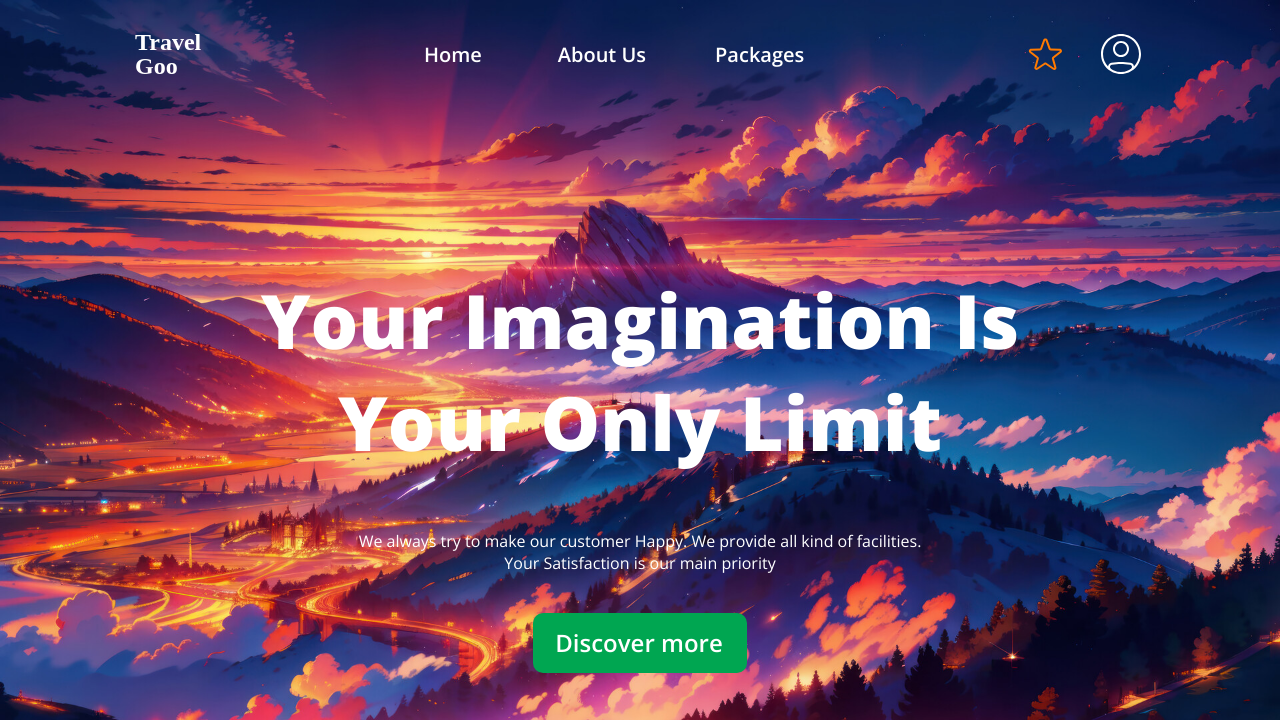
Repository: HeybetzadeQedim/task-3
Page: index.html
An editor plug-in stored every save of this project. The page is shown before and after the next save, followed by the edit.
The browser window is 1280 px wide. The pictures show the whole page.
Some web fonts or font styles are not loaded; a fallback is used.

Above is the page before, as saved 2023-10-07 13:50:36.

### index.html
<!DOCTYPE html>
<html lang="en">
<head>
    <meta charset="UTF-8">
    <meta name="viewport" content="width=device-width, initial-scale=1.0">
    <title>Document</title>
    <link rel="stylesheet" href="./index.css"
</head>
<body>
    <div class="box-container">
        <nav>
            <p class="text-1">Travel<br> Goo</p>
            <ul>
                <li>Home</li>
                <li>About Us</li>
                <li>Packages</li>
            </ul>
            <div class="image-container">
                <img src="./images/clarity_favorite-line.svg">
                <img src="./images/healthicons_ui-user-profile-outline.svg">
            </div>
        </nav>
    <main>
        <h1>Your Imagination Is Your Only Limit</h1>
        <p class="text-2">We always try to make our customer Happy. We provide all kind of facilities. Your Satisfaction is our main priority</p>
        <p class="text-3">Discover more</p>
    </main>

    </div>


</body>
</html>

### index.css
@import url("https://fonts.googleapis.com/css2?family=Laila:wght@700&family=Open+Sans:wght@400;600;700;800&display=swap");
* {
  margin: 0;
  padding: 0;
  box-sizing: border-box;
}
.box-container {
  background-image: url(./images/sunset-mountain-landscape-scenery-ai-art-hd-wallpaper-uhdpaper.com-744@1@l.jpg);
  min-height: 100vh;
  background-size: 100% 100%;
}
nav {
  padding: 30px 135px;
  display: flex;
  justify-content: space-between;
  align-items: center;
}
.text-1 {
  color: #fff;
  font-family: Laila;
  font-size: 24px;
  font-style: normal;
  font-weight: 700;
  line-height: 102.5%;
}
ul {
  display: flex;
  align-items: center;
}
ul li:nth-child(2) {
  margin-left: 76px;
  margin-right: 69px;
}
li {
  color: #fff;
  font-family: Open Sans;
  font-size: 20px;
  font-style: normal;
  font-weight: 600;
  line-height: normal;
  list-style-type: none;
}

.image-container {
  display: flex;
  align-items: center;
}
.image-container img:first-child {
  margin-right: 34px;
  width: 36px;
  height: 36px;
}
.image-container img:last-child {
  width: 48px;
  height: 48px;
}
h1 {
  color: #fff;
  width: 779px;
  margin: auto;
  margin-top: 160px;

  text-align: center;
  font-family: Open Sans;
  font-size: 75px;
  font-style: normal;
  font-weight: 800;
  line-height: normal;
}
.text-2 {
  color: #fff;
  margin: auto;
  margin-top: 57px;
  width: 568px;
  text-align: center;
  font-family: Open Sans;
  font-size: 16px;
  font-style: normal;
  font-weight: 400;
  line-height: normal;
}
.text-3 {
  width: 214px;
  padding: 13px 24px 14px 22px;
  margin: auto;
  margin-top: 39px;
  border-radius: 10px;
  background-color: #00a651;
  display: block;
  color: #fff;
  text-align: center;
  font-family: Open Sans;
  font-size: 24px;
  font-style: normal;
  font-weight: 600;
  line-height: normal;
}

After the next save:
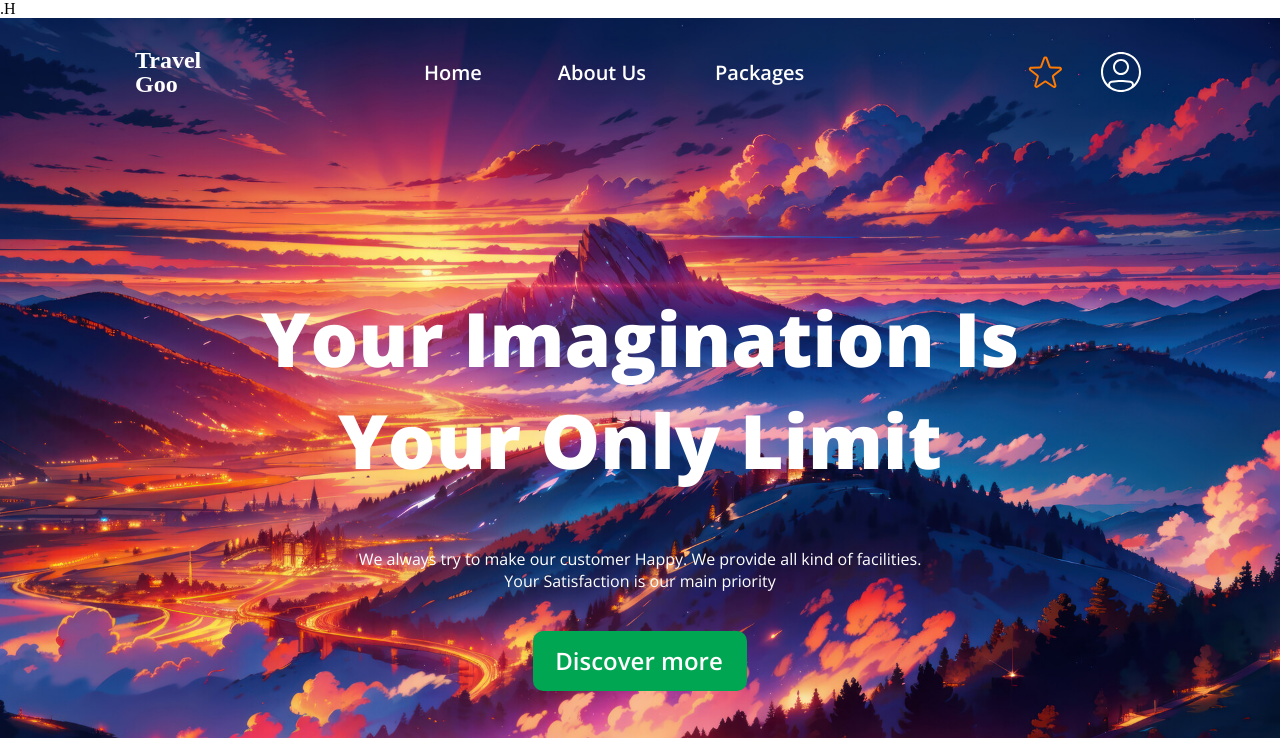
Saved 20 s later.
--- a/index.html
+++ b/index.html
@@ -7,6 +7,7 @@
     <link rel="stylesheet" href="./index.css"
 </head>
 <body>
+    .H
     <div class="box-container">
         <nav>
             <p class="text-1">Travel<br> Goo</p>

After the 2 saves that followed:
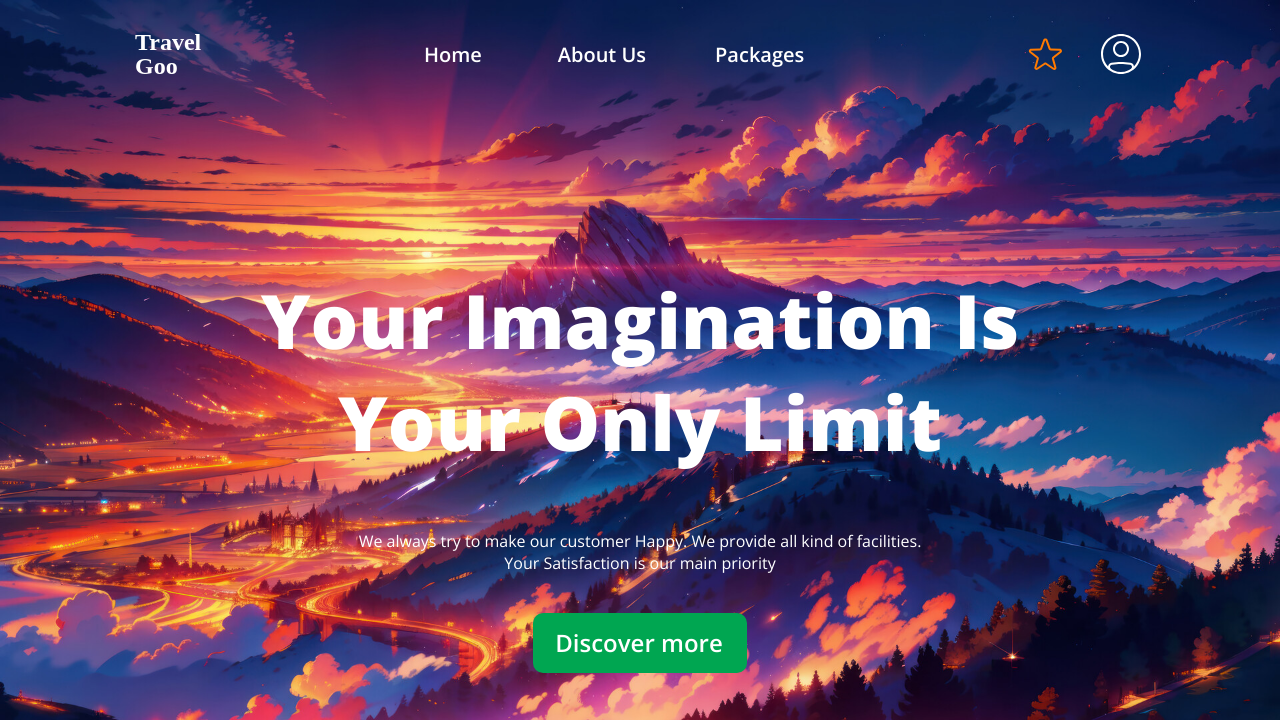
The 2 saves are shown as one change because they came seconds apart.
The last was saved 8 s later.
--- a/index.html
+++ b/index.html
@@ -7,7 +7,9 @@
     <link rel="stylesheet" href="./index.css"
 </head>
 <body>
-    .H
+    <div class="home-page">
+
+    </div>
     <div class="box-container">
         <nav>
             <p class="text-1">Travel<br> Goo</p>
